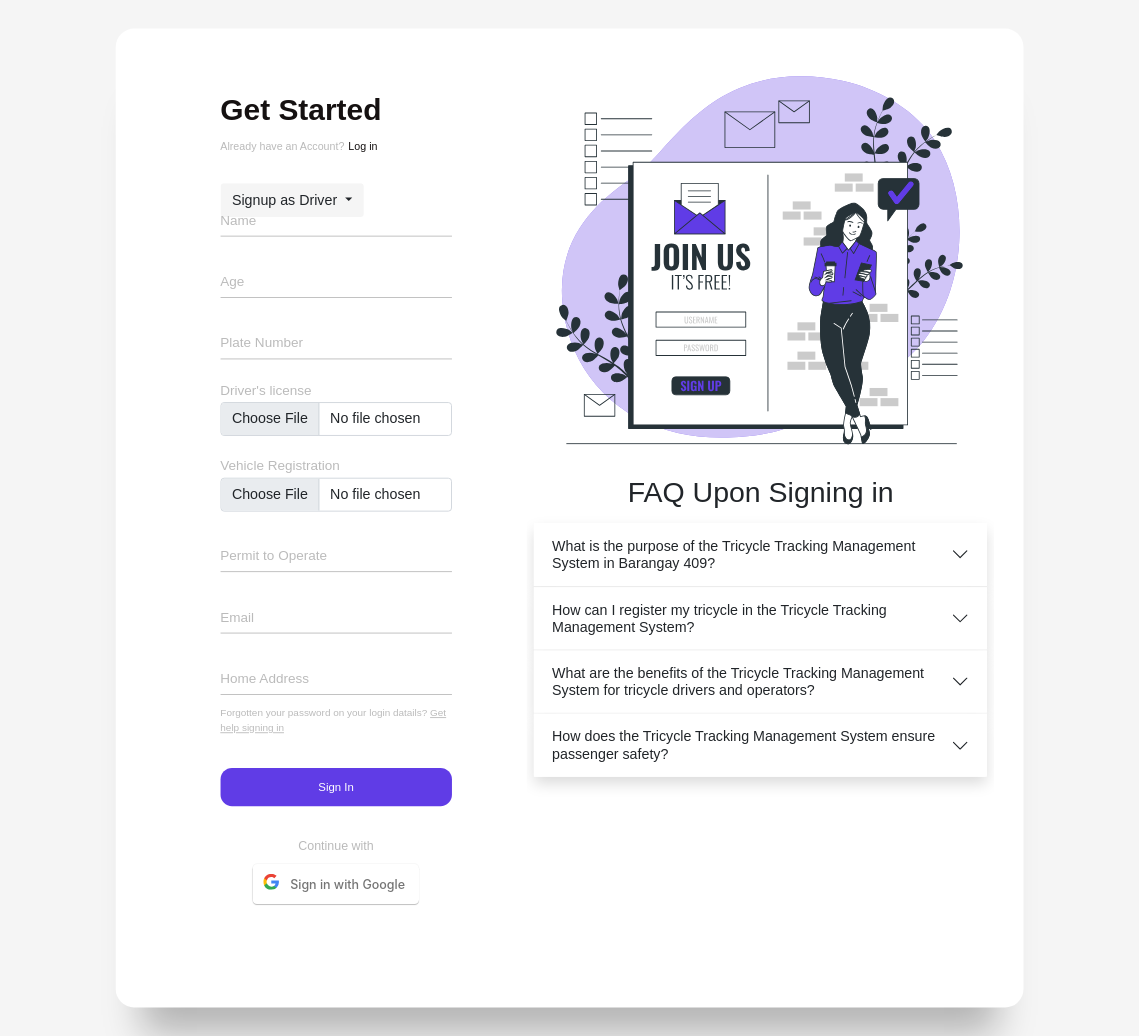
Repository: adrcstro/plate-to-place
Page: http://localhost/Loginsystem/Driverlogin.php
An editor plug-in stored every save of this project. The page is shown before and after the next save, followed by the edit.
The browser window is 1280 px wide. The pictures show the whole page, at 89% of full size.
Some web fonts or font styles are not loaded; a fallback is used. Some web libraries are served in a nearby version. The page is run by PHP 8.4 with error messages shown; the project is at /var/www/html/.

Above is the page before, as saved 2023-10-31 12:38:22.

After the next save:
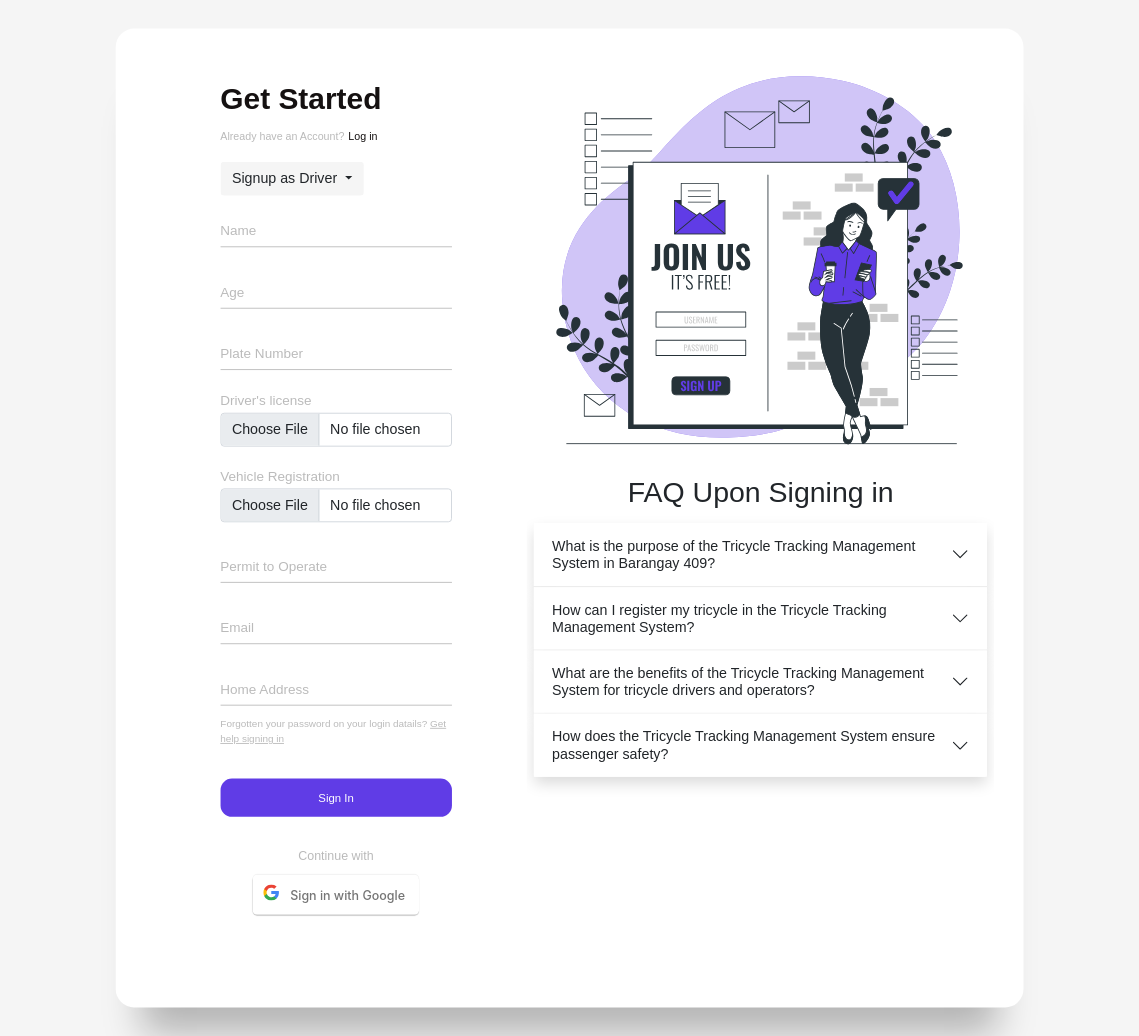
Saved 25 s later.
--- a/Loginsystem/driver.css
+++ b/Loginsystem/driver.css
@@ -406,7 +406,9 @@ margin-top: -4rem;
 .dropdown{
   margin-top: -2rem;
 }
-
+.formsignin{
+  margin-top: -3rem;
+}
 
 @media (max-width: 850px) {
   .box {
